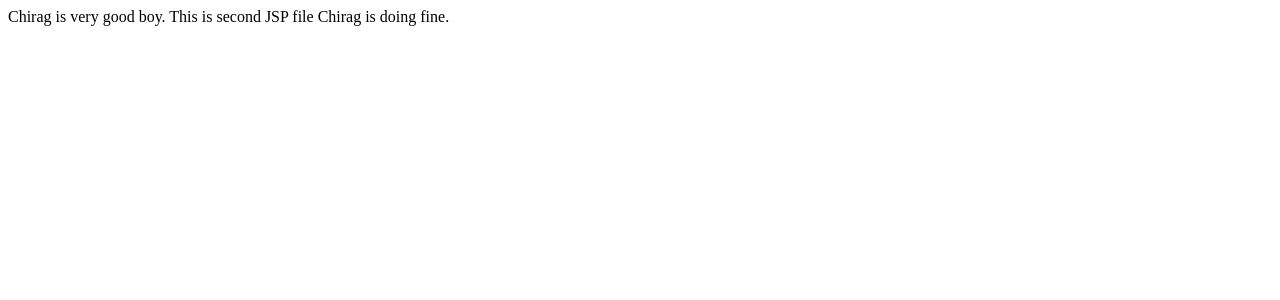
Repository: sauran/SapientTraining
Page: http://localhost/JSPDemo/prelude_coda/Second.jsp
These files come from the project's save history. The page is drawn as it stood at one moment and after the next save; the edit follows.
The browser window is 1280 px wide. The pictures show the whole page.
The page is served by Tomcat 9.

Above is the page before, as saved 2015-09-22 05:12:38.

### JSPDemo/WebContent/prelude_coda/Second.jsp
<%@ page language="java" contentType="text/html; charset=ISO-8859-1"
    pageEncoding="ISO-8859-1"%>
<!DOCTYPE html PUBLIC "-//W3C//DTD HTML 4.01 Transitional//EN" "http://www.w3.org/TR/html4/loose.dtd">
<html>
<head>
<meta http-equiv="Content-Type" content="text/html; charset=ISO-8859-1">
<title>Insert title here</title>
</head>
<body>
This is second JSP file
</body>
</html>

### JSPDemo/WebContent/prelude_coda/prelude.jspf
Chirag is very good boy.

### JSPDemo/WebContent/prelude_coda/Coda.jspf
Chirag is doing fine.

After the next save:
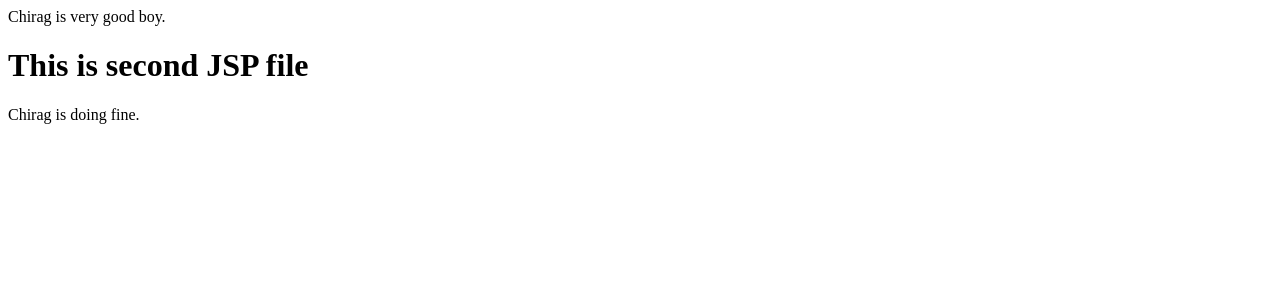
Saved 9 s later.
--- a/JSPDemo/WebContent/prelude_coda/Second.jsp
+++ b/JSPDemo/WebContent/prelude_coda/Second.jsp
@@ -7,6 +7,6 @@
 <title>Insert title here</title>
 </head>
 <body>
-This is second JSP file
+<h1>This is second JSP file</h1>
 </body>
 </html>
